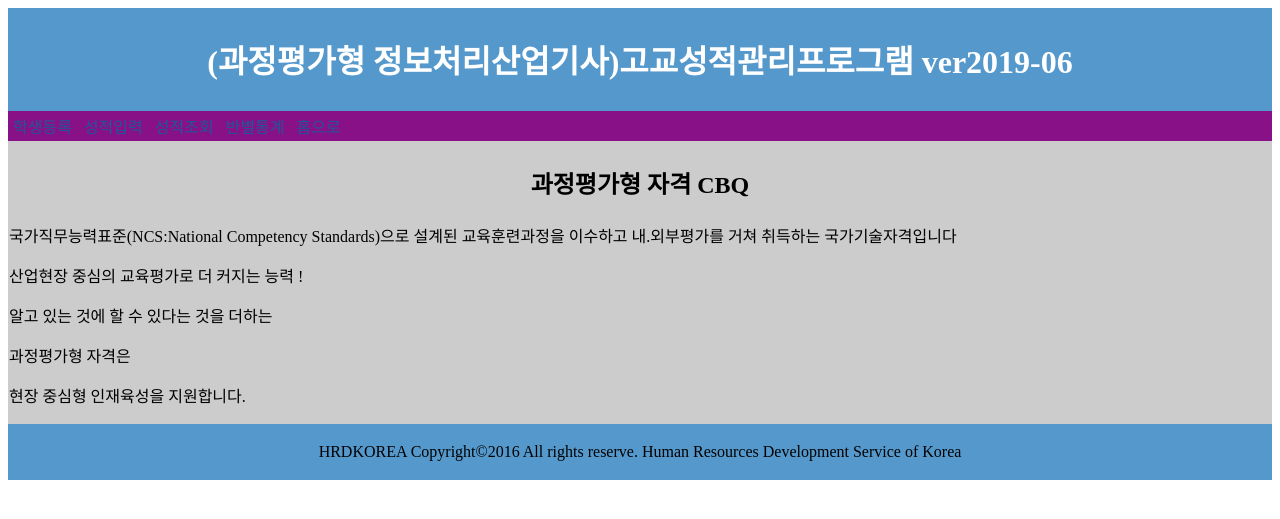
Repository: bolbbal/jdbc
Page: http://localhost/cbq_99/
The author's editor kept a copy of each file at every save. The page is drawn from the files as they stood at one save, then again after the next save.
The browser window is 1280 px wide. The pictures show the whole page.
The page is served by Tomcat 9. Other server files are loaded and not shown.

Above is the page before, as saved 2024-08-26 05:34:36.

### javastudy18/jspStudy/cbq_99/cbq_99/WebContent/index.jsp
<%@ page language="java" contentType="text/html; charset=UTF-8"
	pageEncoding="UTF-8"%>
<%@ page import="Model.*"%>
<%@ page import="java.sql.*"%>
<%@ page import="java.util.*"%>
<%@ page import="java.text.*"%>
<!DOCTYPE html>
<html>
<head>
<meta charset="UTF-8">
<title>고교성적관리</title>
<style>
header {
	background: #59c;
	padding: 1px;
}

h1 {
	color: #fff;
	text-align: center;
	padding: 6px
}

nav {
	background: #818;
	padding: 1px
}

a {
	text-decoration: none;
	color: #259;
	display: inline-block;
	padding: 2px 4px;
}

section {
	padding: 1px;
	background: #CCC;
}

h2 {
	text-align: center;
	padding: 3px;
}

footer {
	background: #59c;
	padding: 1px;
}
footer p {
	text-align:center;
	padding:2px;
}
</style>
</head>
<body>
	<header>
		<h1>(과정평가형 정보처리산업기사)고교성적관리프로그램 ver2019-06</h1>
	</header>
	<nav>
		<a href="sub1.jsp">학생등록</a> <a href="sub2.jsp">성적입력</a> <a
			href="sub3.jsp">성적조회</a> <a href="sub4.jsp">반별통계</a> <a
			href="index.jsp">홈으로</a>
	</nav>
	<section>
		<h2>과정평가형 자격 CBQ</h2>
		<p>국가직무능력표준(NCS:National Competency Standards)으로 설계된 교육훈련과정을 이수하고
			내.외부평가를 거쳐 취득하는 국가기술자격입니다</p>
		<p>산업현장 중심의 교육평가로 더 커지는 능력 !</p>
		<p>알고 있는 것에 할 수 있다는 것을 더하는</p>
		<p>과정평가형 자격은</p>
		<p>현장 중심형 인재육성을 지원합니다.</p>
	</section>
	<footer>
		<p>HRDKOREA Copyright&copy;2016 All rights reserve. Human
			Resources Development Service of Korea</p>
	</footer>
</body>
</html>

After the next save:
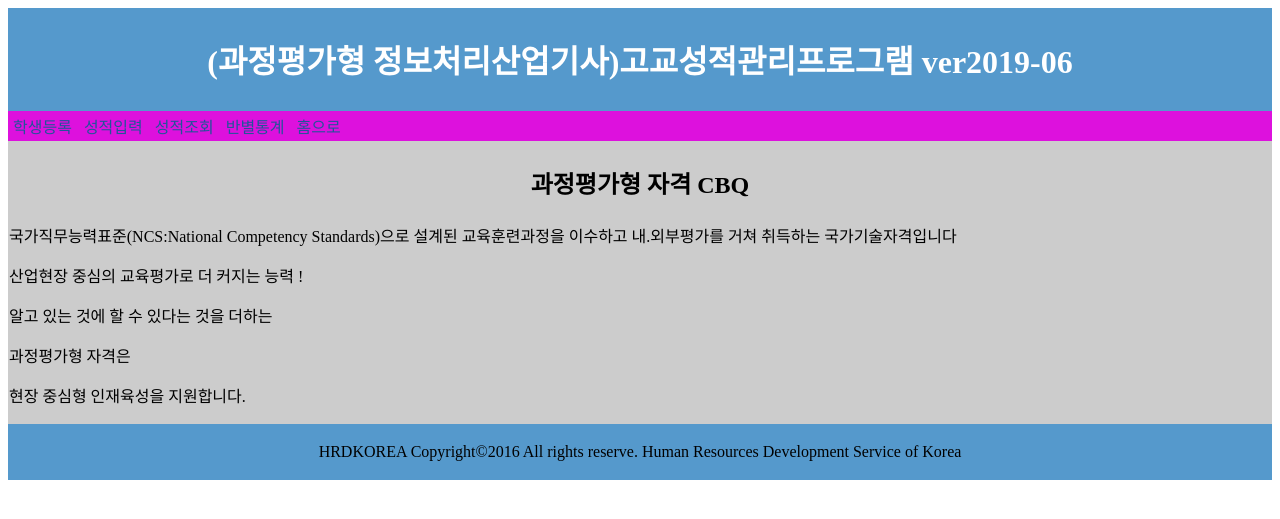
Saved 9 s later.
--- a/javastudy18/jspStudy/cbq_99/cbq_99/WebContent/index.jsp
+++ b/javastudy18/jspStudy/cbq_99/cbq_99/WebContent/index.jsp
@@ -22,7 +22,7 @@ h1 {
 }
 
 nav {
-	background: #818;
+	background: #D1D;
 	padding: 1px
 }
 
